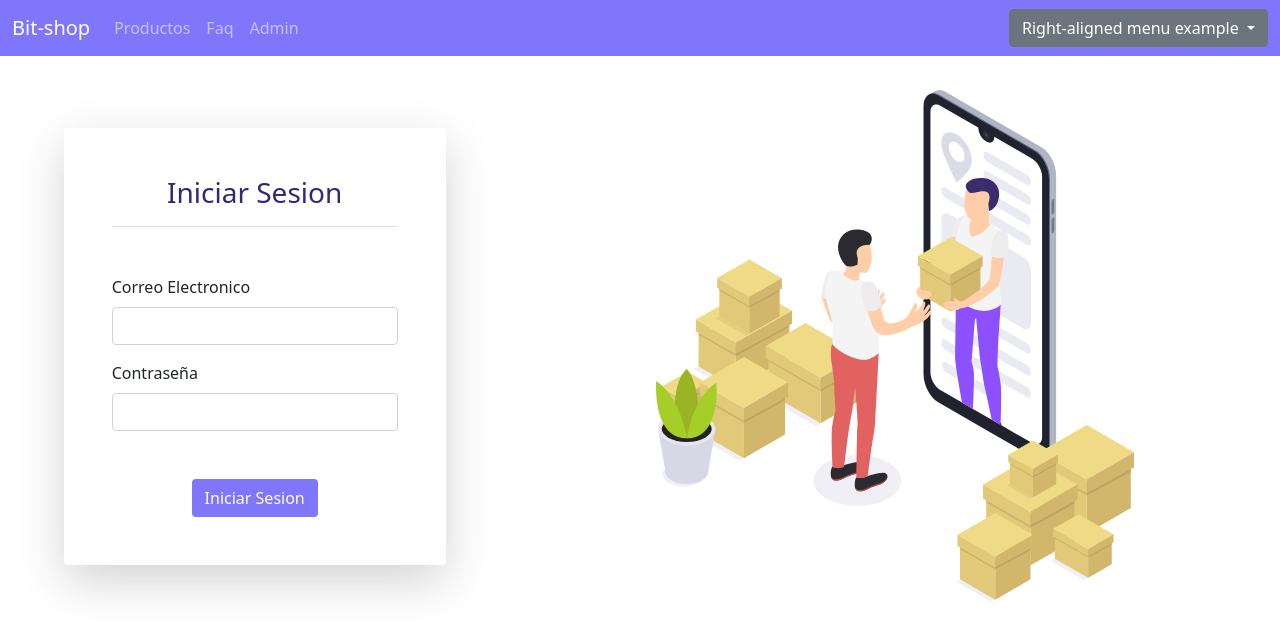
Repository: TzStrikerYT/myClassRoom
Page: /login (app in bit-shop-as/)
An editor plug-in stored every save of this project. The page is shown before and after the next save, followed by the edit.
The browser window is 1280 px wide. The pictures show the whole page.
The project was rebuilt for these pictures with package versions that can differ from the ones it lists, and the page was loaded fresh each time. Also part of the build but not shown: bit-shop-as/angular.json, bit-shop-as/src/app/components/home/home.component.ts, bit-shop-as/src/app/components/page404/page404.component.ts, bit-shop-as/src/app/components/register/register.component.ts.

Above is the page before, as saved 2022-02-25 20:56:00.

### bit-shop-as/src/index.html
<!doctype html>
<html lang="en">
<head>
  <meta charset="utf-8">
  <title>BitShopAs</title>
  <base href="/">
  <meta name="viewport" content="width=device-width, initial-scale=1">
  <link rel="icon" type="image/x-icon" href="favicon.ico">
</head>
<body>
  <app-root></app-root>
</body>
</html>

### bit-shop-as/src/styles.css
/* You can add global styles to this file, and also import other style files */
.bg-purple-pastel {
    background: #8076fb !important;
}

.bg-purple-dark {
    background: #2f2977 !important;
}

.text-purple-dark {
    color: #2f2977 !important;
}

.text-purple-pastel {
    color: #8076fb !important;
}

### bit-shop-as/src/app/app.module.ts
import { NgModule } from '@angular/core';
import { BrowserModule } from '@angular/platform-browser';

import { AppRoutingModule } from './app-routing.module';
import { AppComponent } from './app.component';
import { LoginComponent } from './components/login/login.component';
import { RegisterComponent } from './components/register/register.component';
import { NavbarComponent } from './components/navbar/navbar.component';
import { HomeComponent } from './components/home/home.component';
import { Page404Component } from './components/page404/page404.component';

@NgModule({
  declarations: [
    AppComponent,
    LoginComponent,
    RegisterComponent,
    NavbarComponent,
    HomeComponent,
    Page404Component
  ],
  imports: [
    BrowserModule,
    AppRoutingModule
  ],
  providers: [],
  bootstrap: [AppComponent]
})
export class AppModule { }

### bit-shop-as/src/app/app-routing.module.ts
import { NgModule } from '@angular/core';
import { RouterModule, Routes } from '@angular/router';
import { HomeComponent } from './components/home/home.component';
import { LoginComponent } from './components/login/login.component';
import { Page404Component } from './components/page404/page404.component';
import { RegisterComponent } from './components/register/register.component';

const routes: Routes = [
  { path: 'login', component: LoginComponent },
  { path: 'register', component: RegisterComponent },
  { path: 'home', component: HomeComponent },

  { path: '', redirectTo: '/home', pathMatch: 'full'},
  { path: '**', component: Page404Component}
];

@NgModule({
  imports: [RouterModule.forRoot(routes)],
  exports: [RouterModule],
})
export class AppRoutingModule {}

### bit-shop-as/src/app/app.component.ts
import { Component } from '@angular/core';

@Component({
  selector: 'app-root',
  templateUrl: './app.component.html',
  styleUrls: ['./app.component.css']
})
export class AppComponent {
  title = 'bit-shop-as';
}

### bit-shop-as/src/app/components/navbar/navbar.component.ts
import { Component, OnInit } from '@angular/core';

@Component({
  selector: 'app-navbar',
  templateUrl: './navbar.component.html',
  styleUrls: ['./navbar.component.css']
})
export class NavbarComponent implements OnInit {

  token=true

  constructor() { }

  ngOnInit(): void {
  }

}

### bit-shop-as/src/app/components/login/login.component.html
<section class="mt-4">

    <div class="row w-100">
        <div class="col-lg-5 py-5 d-flex align-items-center justify-content-center">

            <div class="p-5 shadow-lg rounded w-75">

                <h3 class="text-purple-dark mb-3 text-center">Iniciar Sesion</h3>
                <hr class="mb-5 text-purple-pastel">

                <form>
                    <div class="mb-3">
                      <label for="exampleInputEmail1" class="form-label">Correo Electronico</label>
                      <input type="email" class="form-control" id="exampleInputEmail1" aria-describedby="emailHelp">
                    </div>
                    <div class="mb-3">
                      <label for="exampleInputPassword1" class="form-label">Contraseña</label>
                      <input type="password" class="form-control" id="exampleInputPassword1">
                    </div>
                    <div class="text-center mt-5">
                        <button type="submit" class="btn bg-purple-pastel text-white text-center">Iniciar Sesion</button>
                    </div>
                  </form>

            </div>

        </div>

        <div class="col-lg-7 bg-image">

        </div>

    </div>

</section>

### bit-shop-as/src/app/components/login/login.component.css
.bg-image {
    background: url('../../../assets/img/fondo.svg');
    background-repeat: no-repeat;
    background-size: 64%;
    background-position: center;
}

### bit-shop-as/src/app/components/navbar/navbar.component.html
<nav class="navbar navbar-expand-lg navbar-dark bg-purple-pastel">
  <div class="container-fluid">
    <a class="navbar-brand" href="/home">Bit-shop</a>
    <button
      class="navbar-toggler"
      type="button"
      data-bs-toggle="collapse"
      data-bs-target="#navbarNavAltMarkup"
      aria-controls="navbarNavAltMarkup"
      aria-expanded="false"
      aria-label="Toggle navigation"
    >
      <span class="navbar-toggler-icon"></span>
    </button>
    <div class="collapse navbar-collapse" id="navbarNavAltMarkup">
      <div class="navbar-nav">
        <a class="nav-link" aria-current="page" href="#">Productos</a>
        <a class="nav-link" href="#">Faq</a>
        <a class="nav-link" href="#">Admin</a>
      </div>

      <div class="navbar-nav ms-auto" *ngIf="!token else usserLogged">
        <a class="btn btn-outline-light m-2" href="/login">Iniciar Sesion</a>
        <a class="btn btn-outline-light m-2" href="/register">Registrarse</a>
      </div>

      <ng-template #usserLogged>
        <div class="navbar-nav ms-auto">
            <button type="button" class="btn btn-secondary dropdown-toggle" data-bs-toggle="dropdown" aria-expanded="false">
                Right-aligned menu example
              </button>
              <ul class="dropdown-menu dropdown-menu-end">
                <li><button class="dropdown-item" type="button">Action</button></li>
                <li><button class="dropdown-item" type="button">Another action</button></li>
                <li><button class="dropdown-item" type="button">Something else here</button></li>
              </ul>
          </div>
      </ng-template>

    </div>
  </div>
</nav>

Loaded but not shown: bit-shop-as/src/main.ts (common file); bit-shop-as/src/environments/environment.ts (common file); bit-shop-as/src/app/components/login/login.component.ts (common file); bit-shop-as/src/app/app.component.html (common file); bit-shop-as/src/app/app.component.css (no stored copy; drawn as an empty file); bit-shop-as/src/app/components/navbar/navbar.component.css (no stored copy; drawn as an empty file)

After the next save:
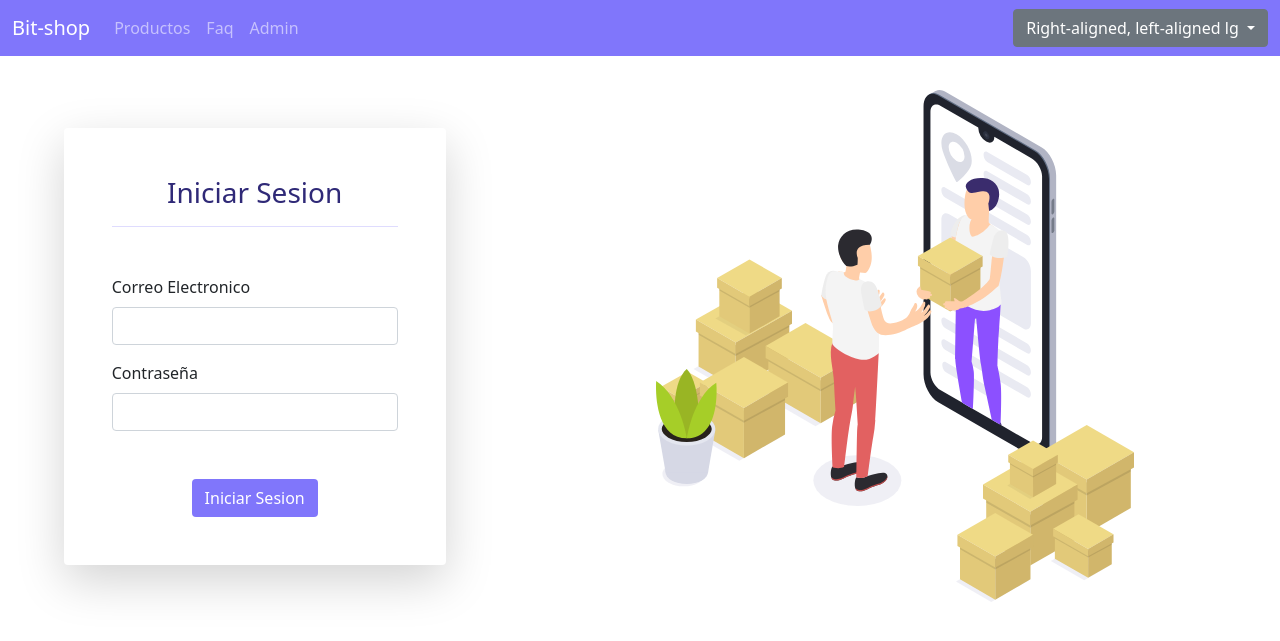
Saved 48 s later.
--- a/bit-shop-as/src/app/components/navbar/navbar.component.html
+++ b/bit-shop-as/src/app/components/navbar/navbar.component.html
@@ -26,14 +26,9 @@
 
       <ng-template #usserLogged>
         <div class="navbar-nav ms-auto">
-            <button type="button" class="btn btn-secondary dropdown-toggle" data-bs-toggle="dropdown" aria-expanded="false">
-                Right-aligned menu example
+            <button type="button" class="btn btn-secondary dropdown-toggle" data-bs-toggle="dropdown" data-bs-display="static" aria-expanded="false">
+                Right-aligned, left-aligned lg
               </button>
-              <ul class="dropdown-menu dropdown-menu-end">
-                <li><button class="dropdown-item" type="button">Action</button></li>
-                <li><button class="dropdown-item" type="button">Another action</button></li>
-                <li><button class="dropdown-item" type="button">Something else here</button></li>
-              </ul>
           </div>
       </ng-template>
 
